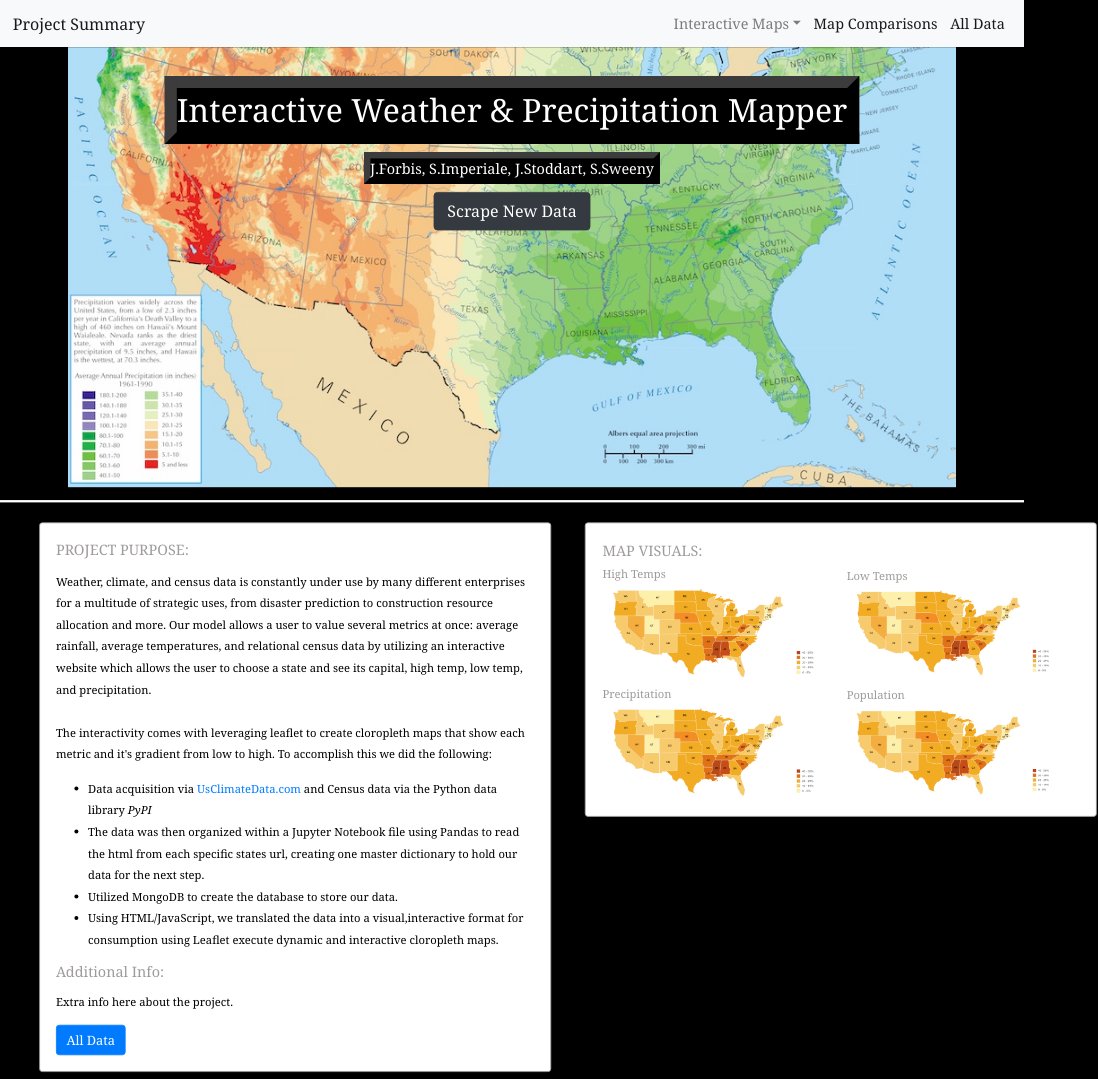
Repository: jforbis/project3-weathermap
Page: index.html
The author's editor kept a copy of each file at every save. The page is drawn from the files as they stood at one save, then again after the next save.
The browser window is 1280 px wide. The page is 1372 px wide, so the pictures cover 1372 px, including what lies to the right of the window. The pictures show the whole page, at 80% of full size.
Backgrounds fixed to the window are drawn as part of the page.

Above is the page before, as saved 2021-03-09 23:22:36.

After the next save:
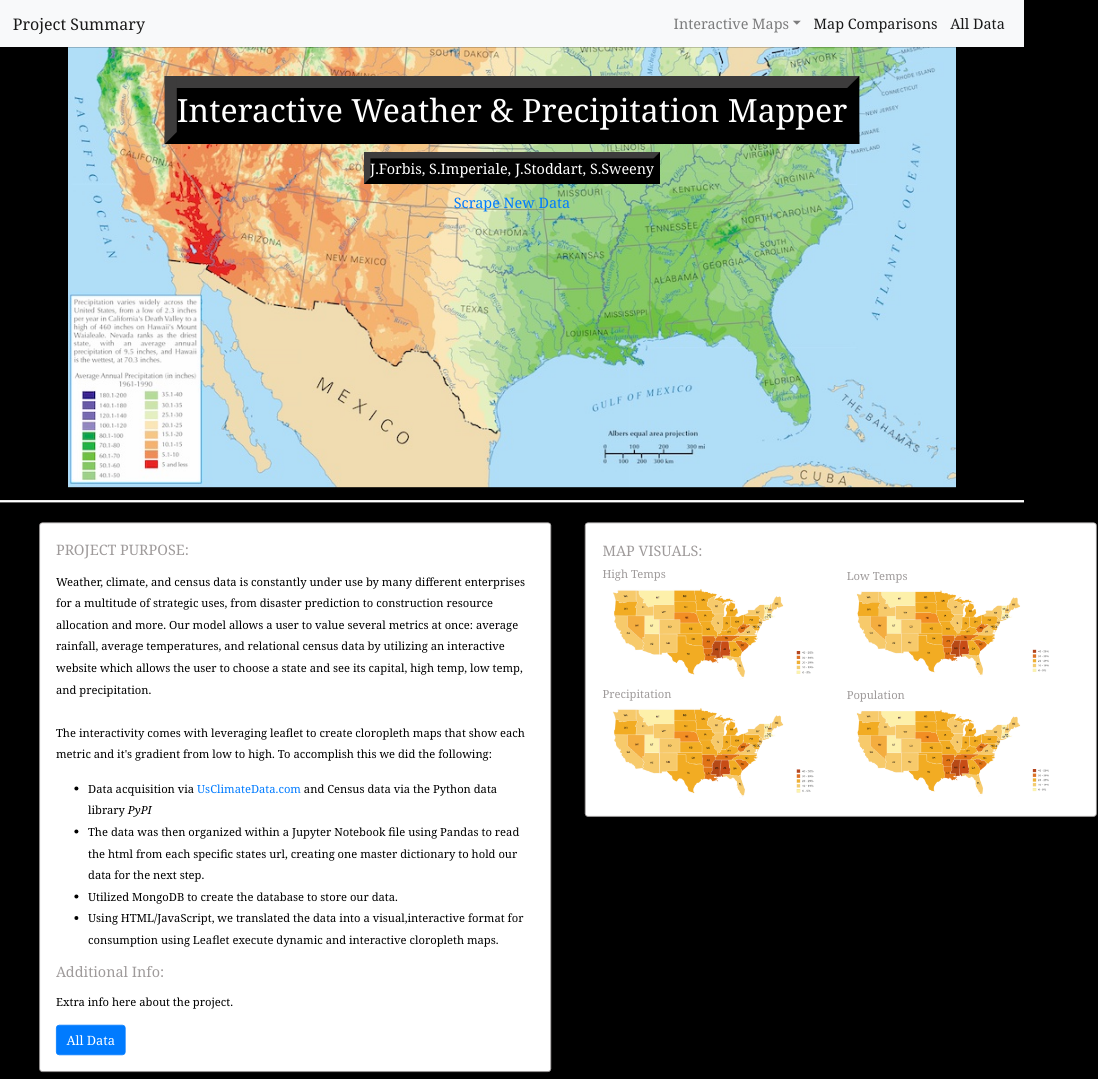
Saved 45 s later.
--- a/index.html
+++ b/index.html
@@ -45,7 +45,7 @@
     <div class="hero text-center">
         <h1><span class="title">Interactive Weather & Precipitation Mapper</span></h1>
         <p><span class="title2">J.Forbis, S.Imperiale, J.Stoddart, S.Sweeny</span></p>
-        <p><a class="btn btn-dark btn-lg" href="/scrape" role="button">Scrape New Data</a></p>
+        <p><a class="button" href="/scrape" role="button">Scrape New Data</a></p>
     </div>
 </div>
 <body>
